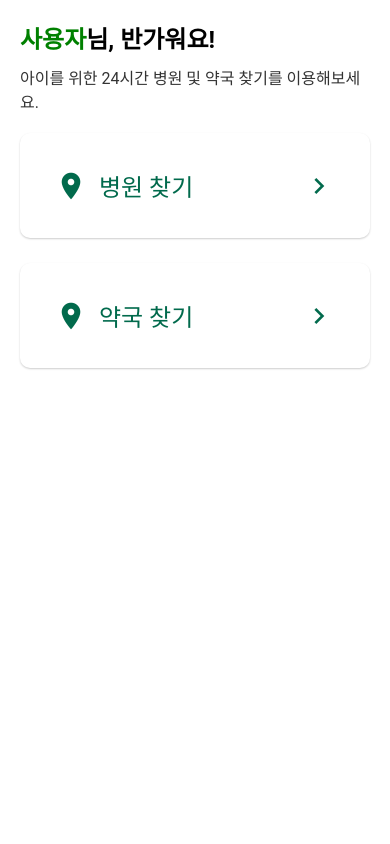
Repository: Sesac-icare/FrontEndiCare
Screen: / (app in iCare/)
These files come from the project's save history. The screen is drawn as it stood at one moment and after the next save; the edit follows.
The app was drawn by React Native's web renderer in a window 390 px wide. The project was rebuilt for these pictures with package versions that can differ from the ones it lists, and the page was loaded fresh each time. Some packages were replaced by stand-ins written for this rebuild.

Above is the screen before, as saved 2025-02-04 16:07:02.

After the next save:
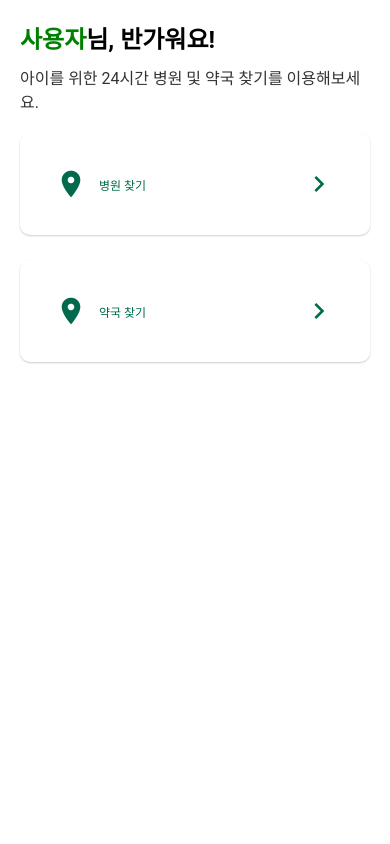
Saved 21 s later.
--- a/iCare/App.js
+++ b/iCare/App.js
@@ -214,7 +214,7 @@ const styles = StyleSheet.create({
     marginLeft: "auto"
   },
   buttonText: {
-    fontSize: 24,
+    fontSize: 12,
     color: "#016a4c",
     fontFamily: "NotoSansKR"
   }
